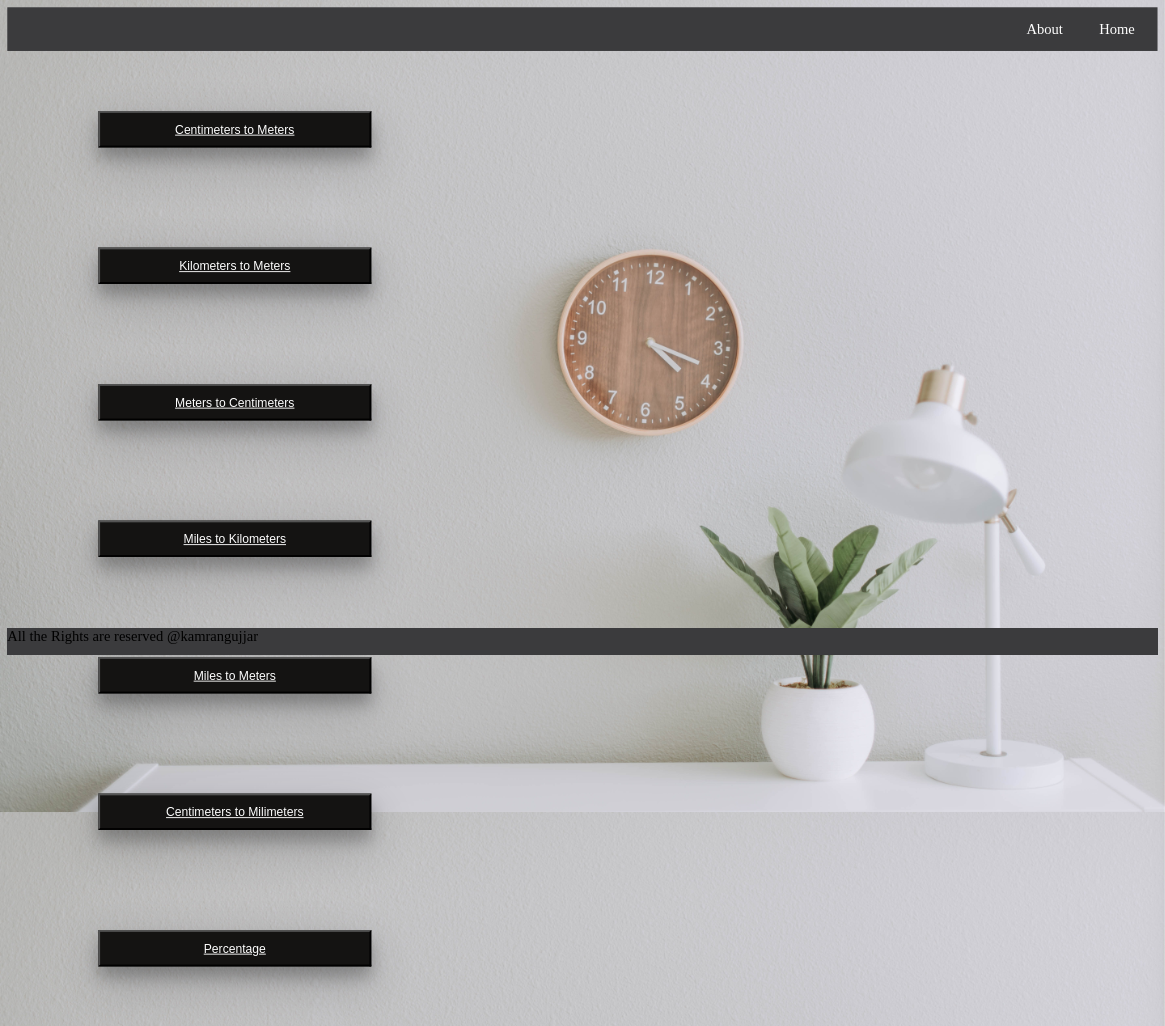
Repository: Kamrangujjar85112/Length-Converter
Page: html/home.html
These files come from the project's save history. The page is drawn as it stood at one moment and after the next save; the edit follows.
The browser window is 1280 px wide. The pictures show the whole page, at 91% of full size.
Backgrounds fixed to the window are drawn as part of the page.

Above is the page before, as saved 2022-01-21 05:15:50.

### html/home.html
<!-- home -->
<!DOCTYPE html>
<html lang="en">
<head>
    <meta charset="UTF-8">
    <meta http-equiv="X-UA-Compatible" content="IE=edge">
    <meta name="viewport" content="width=device-width, initial-scale=1.0">
    <title>Home</title>
    <link rel="stylesheet" href="../css/style.css">

</head>
<body>

   <div class="container ">
        <div class="header">
            <nav>
                <ul class="nav-ul">
                    <li class="nav-li"><a href="home.html">Home</a></li>
                    <li class="nav-li"><a href="about.html">About</a></li>
                </ul>
            </nav>
        </div>
            <ul>
                <li class="link">
                    <button><a href="cm_km.html">Centimeters to Meters</a></button>
                </li>
                <li class="link">
                    <button><a href="km_m.html">Kilometers to Meters</a></button>
                </li>
                <li class="link">
                    <button><a href="m_cm.html">Meters to Centimeters</a></button>
                </li>
                <li class="link">
                    <button><a href="mi_km.html">Miles to Kilometers</a></button>
                </li>
                <li class="link">
                    <button><a href="mi_m.html">Miles to Meters</a></button>
                </li>
                <li class="link">
                    <button><a href="cm_mm.html">Centimeters to Milimeters</a></button>
                </li>
                <li class="link">
                    <button><a href="percentage.html">Percentage</a></button>
                </li>
            </ul>
        </div>
        <footer class="footer">
            <span>All the Rights are reserved @kamrangujjar</span>
          </footer>
    </div>
</body>
</html>

### css/style.css
  body{
    background-image: url('backg.jpg');
    background-repeat: no-repeat;
    background-attachment: fixed;
    background-size: cover;
}
.header{
    top: 0;
    width: 100%;
    margin: 0;
    position: relative;

}
.nav-ul{
    list-style-type: none;
    margin: 0;
    overflow: hidden;
    background: rgb(59, 59, 61);
  }

.nav-li {
    padding-right: 10px;
    float: right;
    align-items: inherit;
}

.nav-li a {
    display: block;
    color: rgb(255, 255, 255);
    text-align:center;
    padding: 15px 15px;
    text-decoration: none;
}
.link {
    list-style: none;
    text-align: left;
    align-items: left;
    margin: 10px;
    width: 300px;
}
.link a{
    color: rgb(255, 255, 255);
}

.nav-li a:hover {
    background-color: #0ac577;
}
.footer{
    bottom: 0;
    width: 98.8%;
    position: fixed;
    height: 30px;
    align-items: center;
    background: rgb(59, 59, 61);
}
button{
    width: 100%;
    height:40px;
    background-color: #141312;
    margin:50px;
    box-shadow: 0 12px 16px 0 rgba(0,0,0,0.24), 0 17px 50px 0 rgba(0,0,0,0.19);
}

After the next save:
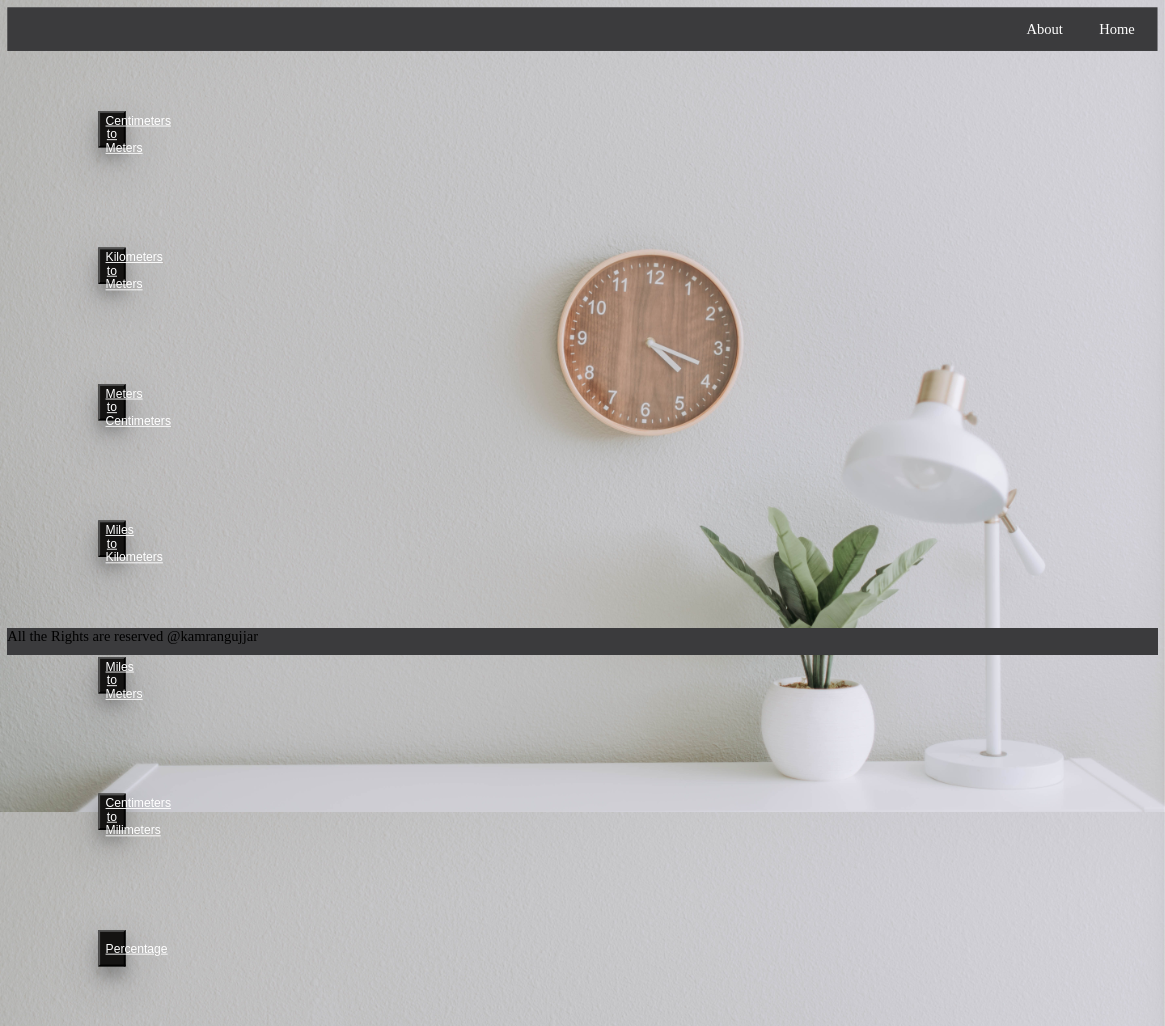
Saved 27 s later.
--- a/css/style.css
+++ b/css/style.css
@@ -36,7 +36,7 @@
     text-align: left;
     align-items: left;
     margin: 10px;
-    width: 300px;
+    width: 30px;
 }
 .link a{
     color: rgb(255, 255, 255);

After the save that followed:
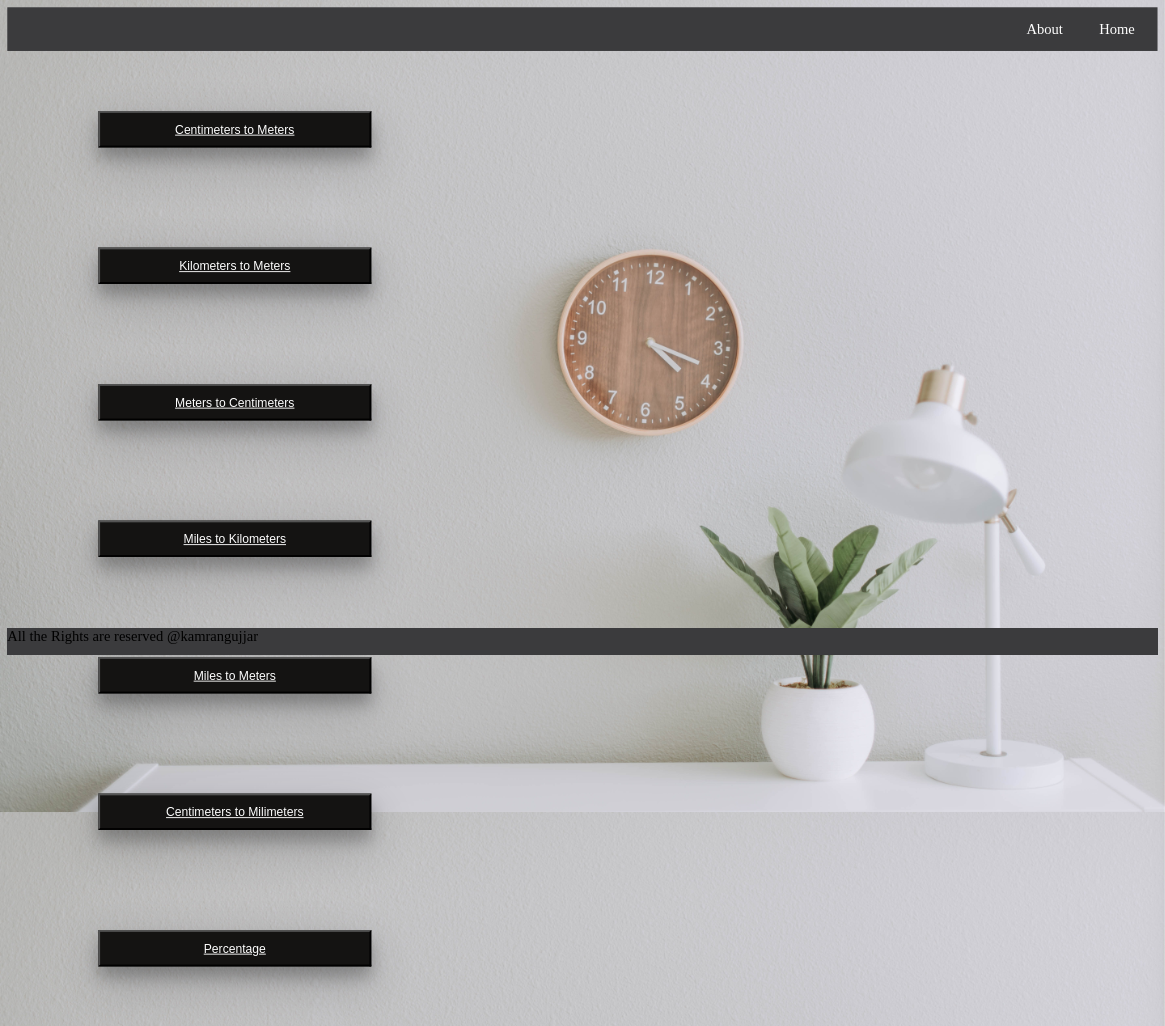
Saved 9 s later.
--- a/css/style.css
+++ b/css/style.css
@@ -36,7 +36,7 @@
     text-align: left;
     align-items: left;
     margin: 10px;
-    width: 30px;
+    width: 300px;
 }
 .link a{
     color: rgb(255, 255, 255);
